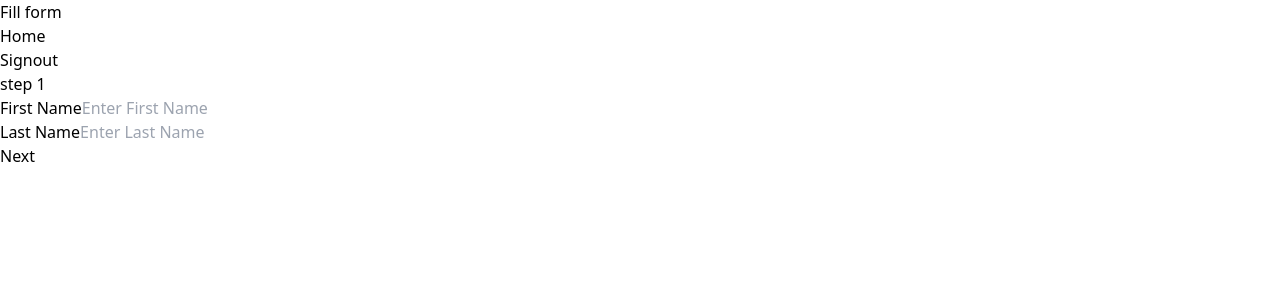
Repository: mk694/stepperForm
Page: /form
The author's editor kept a copy of each file at every save. The page is drawn from the files as they stood at one save, then again after the next save.
The browser window is 1280 px wide. The pictures show the whole page.
The project was rebuilt for these pictures with package versions that can differ from the ones it lists, and the page was loaded fresh each time. The framework's server and built-in components were replaced by stand-ins that run in the browser. Also part of the build but not shown: next.config.js, firebase/config.js, components/stepper/confirmation.component.js, components/stepper/step2.component.js, components/stepper/step3.component.js.

Above is the page before, as saved 2022-04-29 03:59:57.

### pages/_app.js
import Layout from "../layout/layout";
import "../styles/globals.css";
import { store } from "../redux/store.js";
// import { AuthContext } from "../authContext/AuthContext";

function MyApp({ Component, pageProps }) {
  return (
    // <AuthContext>
    <Layout>
      <Component {...pageProps} />
    </Layout>
    // </AuthContext>
  );
}

export default MyApp;

### pages/form.js
import { useEffect, useState } from "react";
import Confirmation from "../components/stepper/confirmation.component";
import Step1 from "../components/stepper/step1.component";
import Step2 from "../components/stepper/step2.component";
import Step3 from "../components/stepper/step3.component";

export default function form() {
  const [step, setStep] = useState(0);
  useEffect(() => {
    const uid = JSON.parse(localStorage.getItem("user"));
    if (uid !== null) {
      router.push("/");
    }
  }, []);

  let prevStep = () => {
    let stepValue = step;
    setStep(stepValue - 1);
  };
  let nextStep = () => {
    let stepValue = step;
    setStep(stepValue + 1);
  };
  let handleChange = (input) => (e) => {
    setData({ ...values, [input]: e.target.value });
  };

  const [data, setData] = useState({
    firstName: "",
    lastName: "",
    country: "",
    city: "",
    postalCode: "",
    address: "",
    phoneNumber: "",
    age: "",
    martialStatus: "",
    // creditCardNumber: "",
    // cvc: "",
    // expDate: "",
  });

  const values = {
    firstName: data.firstName,
    lastName: data.lastName,
    country: data.country,
    city: data.city,
    postalCode: data.postalCode,
    address: data.address,
    age: data.age,
    martialStatus: data.martialStatus,
    phoneNumber: data.phoneNumber,
    // creditCardNumber: data.creditCardNumber,
    // cvc: data.cvc,
    // expDate: data.expDate,
  };

  switch (step) {
    case 0:
      return (
        <>
          <Step1
            values={values}
            handleChange={handleChange}
            nextStep={nextStep}
          />
          {/* {JSON.stringify(data)} */}
        </>
      );
    case 1:
      return (
        <>
          <Step2
            values={values}
            handleChange={handleChange}
            prevStep={prevStep}
            nextStep={nextStep}
          />
          {/* {JSON.stringify(data)} */}
        </>
      );
    case 2:
      return (
        <>
          <Step3
            values={values}
            handleChange={handleChange}
            prevStep={prevStep}
            nextStep={nextStep}
          />
          {/* {JSON.stringify(data)} */}
        </>
      );
    default:
      return (
        <>
          {" "}
          <Confirmation
            values={values}
            handleChange={handleChange}
            prevStep={prevStep}
            nextStep={nextStep}
          />
        </>
      );
  }
}

### layout/layout.js
import Header from "./header/header.component";

function layout({ children }) {
  return (
    <>
      <Header />
      {children}
    </>
  );
}

export default layout;

### redux/store.js
import { configureStore } from "@reduxjs/toolkit";
import userSlice from "./features/userSlice";

export const store = configureStore({
  reducer: {
    user: userSlice,
  },
});

### components/stepper/step1.component.js
import { useEffect } from "react";

export default function Step1({ nextStep, handleChange, values }) {
  const Continue = (e) => {
    e.preventDefault();
    nextStep();
  };
  return (
    <section>
      <h1 className="text-center text-4xl uppercase font-bold p-10">step 1</h1>
      <div className="flex justify-center w-full">
        <div className="mb-4">
          <div className="mb-6">
            <label
              className="block text-gray-700 text-sm font-bold mb-2"
              htmlFor="firstName"
            >
              First Name
            </label>
            <input
              className="shadow appearance-none border rounded w-full py-2 px-3
                 text-gray-700 leading-tight focus:outline-none focus:shadow-outline"
              id="country"
              type="text"
              placeholder="Enter First Name"
              onChange={handleChange("firstName")}
              defaultValue={values.firstName}
            />
          </div>
          <div className="mb-6">
            <label
              className="block text-gray-700 text-sm font-bold mb-2"
              htmlFor="lastName"
            >
              Last Name
            </label>
            <input
              className="shadow appearance-none border rounded w-full py-2 px-3
                 text-gray-700 leading-tight focus:outline-none focus:shadow-outline"
              id="country"
              type="text"
              placeholder="Enter Last Name"
              onChange={handleChange("lastName")}
              defaultValue={values.lastName}
            />
          </div>
          <button
            className="bg-green-500 w-full py-2 my-4 text-white rounded-md"
            onClick={Continue}
          >
            Next
          </button>
        </div>
      </div>
    </section>
  );
}

### layout/header/header.component.js
import Link from "next/link";
import { useState, useEffect } from "react";
import { useRouter } from "next/router";

function header() {
  const [isLoggedIn, setIsLoggedIn] = useState(false);

  useEffect(() => {
    const uid = JSON.parse(localStorage.getItem("user"));
    if (uid !== null) {
      setIsLoggedIn(true);
    }
  }, []);

  if (isLoggedIn === true) {
    return <></>;
  }
  return (
    <>
      <nav className="bg-gray-600  text-slate-100 border-gray-200 px-2 sm:px-4 py-2.5 rounded  dark:bg-gray-800">
        <div className="container flex flex-wrap justify-around items-center mx-auto">
          <div>
            <Link href="/form">
              <a className="bg-slate-800  text-slate-50 px-2 py-1 rounded hover:bg-orange-500 ">
                Fill form
              </a>
            </Link>
          </div>
          <div className="bg-slate-800 px-2 py-1 rounded hover:bg-orange-800 mx-9 ">
            <Link href="/">
              <a className="">Home</a>
            </Link>
          </div>
          {/* {isLoggedIn && ( */}
          <div className="flex ">
            <div>
              <Link href="/logout">
                <a className="bg-slate-800 px-2 py-1 rounded hover:bg-red-600 ml-2">
                  Signout
                </a>
              </Link>
            </div>
          </div>
          {/* )} */}
        </div>
      </nav>
    </>
  );
}

export default header;

### redux/features/userSlice.js
import { createSlice } from "@reduxjs/toolkit";

const userSlice = createSlice({
  name: "user",
  initialState: {
    isAuth: false,
    error: "12323",
  },
  reducers: {
    loginSuccess: (state, { payload }) => {
      state.isAuth = true;
    },
    loginFail: (state, { payload }) => {
      state.isAuth = false;
      state.error = action.payload;
    },
  },
});

export const { login, logout } = userSlice.actions;
export default userSlice.reducer;

Loaded but not shown: styles/globals.css (common file)

After the next save:
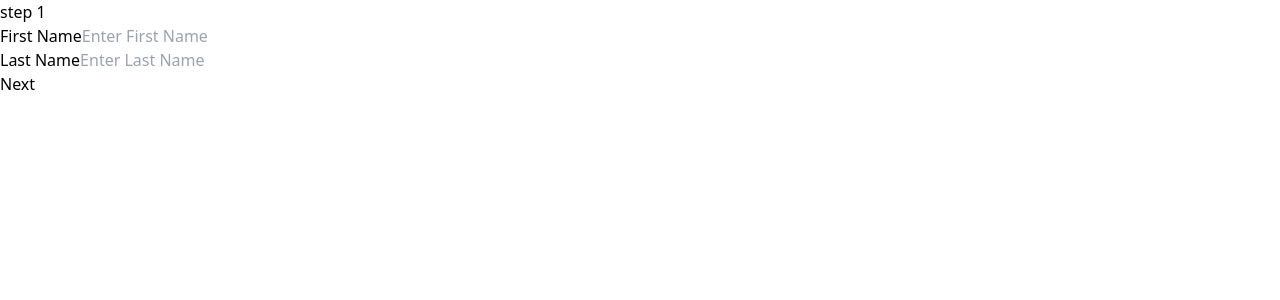
Saved 5 s later.
--- a/layout/header/header.component.js
+++ b/layout/header/header.component.js
@@ -12,7 +12,7 @@ function header() {
     }
   }, []);
 
-  if (isLoggedIn === true) {
+  if (isLoggedIn === false) {
     return <></>;
   }
   return (
